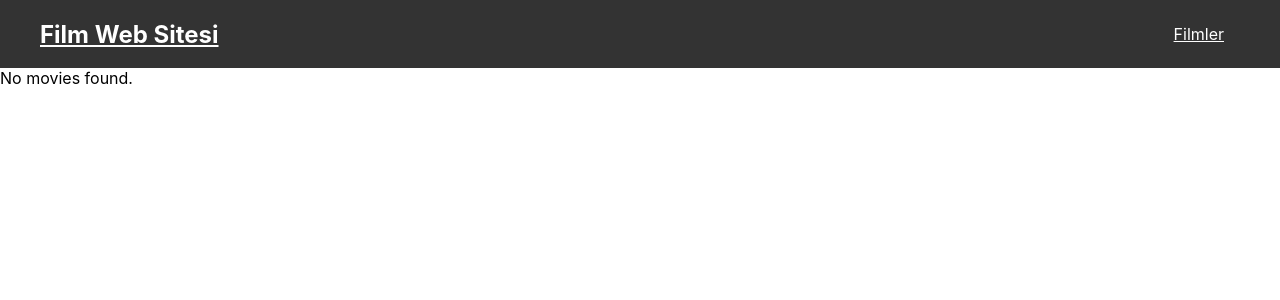
Repository: Zulfiyya077/InternIntelligence_MovieWebsite
Page: /
These files come from the project's save history. The page is drawn as it stood at one moment and after the next save; the edit follows.
The browser window is 1280 px wide. The pictures show the whole page.
The page's requests for data from a server got no answer. The project was rebuilt for these pictures with package versions that can differ from the ones it lists, and the page was loaded fresh each time. No one was signed in, and anything a server would have sent is missing. Also part of the build but not shown: vite.config.js, src/components/MovieCard.module.css, src/components/MovieCard.jsx, src/pages/Home.module.css. Imported but missing from the stored project, and not drawn on this page: src/pages/Movies.

Above is the page before, as saved 2025-02-23 12:26:54.

### src/App.jsx
import React from 'react';
import { BrowserRouter as Router, Routes, Route } from 'react-router-dom';
import Header from './components/Header';
import Home from './pages/Home';


const App = () => {
    return (
        <Router>
            <Header />
            <Routes>
                <Route path="/" element={<Home />} />
                {/* Diğer rotalar buraya eklenebilir */}
            </Routes>
        </Router>
    );
};

export default App;

### src/components/Header.jsx
import React from 'react';
import { Link } from 'react-router-dom';
import styles from './Header.module.css';

const Header = () => {
    return (
        <header className={styles.header}>
            <div className={styles.container}>
                <Link to="/" className={styles.logo}>Film Web Sitesi</Link>
                <nav className={styles.nav}>
                    <Link to="/movies" className={styles.navLink}>Filmler</Link>
                    {/* Diğer bağlantılar buraya eklenebilir */}
                </nav>
            </div>
        </header>
    );
};

export default Header;

### src/pages/Home.jsx
import React, { useState, useEffect } from 'react';
import { getPopularMovies } from '../services/movieService';
import MovieCard from '../components/MovieCard';
import styles from './Home.module.css';

const Home = () => {
    const [movies, setMovies] = useState([]);
    const [loading, setLoading] = useState(true);
    const [error, setError] = useState(null); // For storing potential errors

    useEffect(() => {
        const fetchMovies = async () => {
            try {
                const { data } = await getPopularMovies();
                setMovies(data.results || []); // Handle cases where data.results might be undefined
            } catch (err) {
                console.error("Error fetching movies:", err);
                setError(err); // Set the error state
                setMovies([]); // Or handle it differently
            } finally {
                setLoading(false);
            }
        };

        fetchMovies();
    }, []);

    if (loading) {
        return <div>Loading movies...</div>;
    }

    if (error) {
        return <div>Error: {error.message}</div>; // Display error message
    }

    if (!movies || movies.length === 0) {
        return <div>No movies found.</div>;
    }

    return (
        <div className={styles.home}>
            <h2>Popüler Filmler</h2>
            <div className={styles.movieList}>
                {movies.map((movie) => (
                    <MovieCard key={movie.id} movie={movie} />
                ))}
            </div>
        </div>
    );
};

export default Home;

### src/components/Header.module.css
.header {
    background-color: #333;
    color: #fff;
    padding: 1rem 0;
}

.container {
    display: flex;
    justify-content: space-between;
    align-items: center;
    max-width: 1200px;
    margin: 0 auto;
    padding: 0 20px;
}

.logo {
    font-size: 1.5rem;
    font-weight: bold;
    color: #fff;
}

.nav {
    display: flex;
}

.navLink {
    color: #fff;
    margin-left: 20px;
    padding: 0.5rem 1rem;
    border-radius: 5px;
    transition: background-color 0.3s ease;
}

.navLink:hover {
    background-color: rgba(255, 255, 255, 0.1);
}

### src/services/MovieService.jsx
import axios from 'axios';

const API_KEY = import.meta.env.VITE_TMDB_API_KEY; // .env dosyasından al
const BASE_URL = 'https://api.themoviedb.org/3';

export const getPopularMovies = async () => {
    try {
        const response = await axios.get(`${BASE_URL}/movie/popular?api_key=${API_KEY}&language=tr-TR`);
        return response;
    } catch (error) {
        console.error("Error fetching popular movies:", error);
        return { data: { results: [] } };
    }
};

### src/components/styles/global.css
/* Genel stiller buraya gelecek */
body {
    font-family: sans-serif;
    margin: 0;
    padding: 0;
    background-color: #f4f4f4; /* Arka plan rengi */
    color: #333; /* Metin rengi */
}

a {
    text-decoration: none;
    color: #007bff; /* Link rengi */
}

Loaded but not shown: index.html (common file); src/main.jsx (common file); src/index.css (common file)

After the next save:
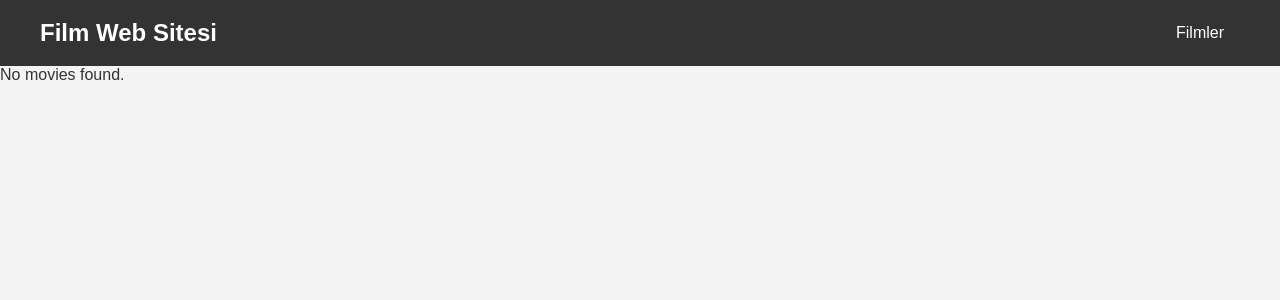
Saved 2 min 13 s later.
--- a/src/App.jsx
+++ b/src/App.jsx
@@ -2,7 +2,8 @@
 import { BrowserRouter as Router, Routes, Route } from 'react-router-dom';
 import Header from './components/Header';
 import Home from './pages/Home';
-
+import Movies from './pages/Movies'; // Import the Movies component
+import './styles/global.css';
 
 const App = () => {
     return (
@@ -10,7 +11,7 @@
             <Header />
             <Routes>
                 <Route path="/" element={<Home />} />
-                {/* Diğer rotalar buraya eklenebilir */}
+                <Route path="/movies" element={<Movies />} /> {/* Add this line */}
             </Routes>
         </Router>
     );
